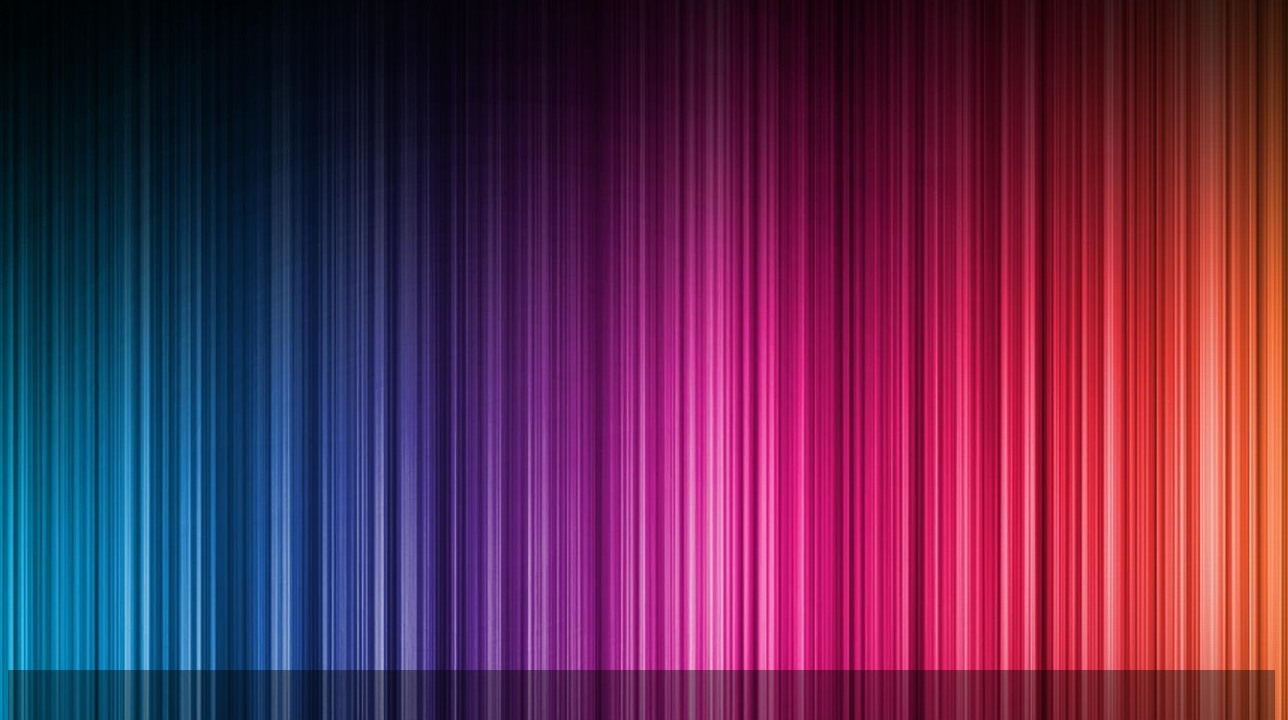
Repository: kn222gp/1dv403-laborationer
Page: 5-pwd/index.html
The author's editor kept a record of every edit. The page is drawn from the files as they stood at one moment, then again after the next edit.
The browser window is 1280 px wide. The page is 1288 px wide, so the pictures cover 1288 px, including what lies to the right of the window. The pictures show the whole page.

Above is the page before.
Console error: ReferenceError: startPosition is not defined

### 5-pwd/index.html
<html lang="sv">
<head>
	<meta charset="UTF-8" />
 	<title>JavaScript - 5-pwd - Virtual desktop</title>
 	<link rel="stylesheet" href="style.css" type="text/css" />

</head>

<body>
    <div class="desktop">

        <template class="template">

        <div class="window">

            <div class="windowTop">
                <div class="title">
                </div>
                    <img src="pics/cross.png" class="close">
                    </img>
            </div>

        <div class="content">
        </div>

            <div class="windowBot">
                <div class="status">
                </div>
            </div>

        </div>
        </template>
        <div class="appBar">

        </div>
    </div>


    <script type="text/javascript" src="script/desktop.js"></script>
    <script type="text/javascript" src="script/window.js"></script>
     <script type="text/javascript" src="script/script.js"></script>
     <script type="text/javascript" src="script/start.js"></script>
</body>

### 5-pwd/style.css
body{
    background-image:url("pics/background.jpg");
    background-repeat:no-repeat;
    width:100%;
    overflow:hidden;
}


/* Window div and all in it */
.window{
    border:1px solid black;
    width: 300px;
    height: 350px;
    color:white;
    background-color:black;
    background-color:rgba(0,0,0,0.5);
    border-radius:5px;

}
.windowTop{
    color:white;
    background-color:black;
    width:100%;
    height:25px;
    float:left;
    text-align:center;
    border-bottom:1px solid white;
    border-radius:5px;

}

.close{
    margin-top: -17px;
    width:20px;
    height:20px;
    float:right;
}
.close:hover{
    background-color:white;
    background-color:rgba(255,255,255,0.4);
}

.windowBot{
    color:white;
    background-color:black;
    width:100%;
    height:25px;
    margin-top:324px;
    text-align:center;
    border-top:1px solid white;
    border-radius:5px;

}
.windowBot p{
    margin:auto;
}


/* Appbar at the bottom */
.appbar{
    background-color:black;
    background-color:rgba(0, 0,0 ,0.4);
    height: 50px;
    width: 99%;
    margin-left:auto;
    margin-right:auto;
    position:absolute;
    bottom:0;
}
.appbar img{
    width:40px;
    height: 40px;
    margin-left:auto;
    margin-right:auto;
    margin-top:5px;
    display:block;
}

.appbar img:hover{
    transform:scale(1.2, 1.2);
}

### 5-pwd/script/desktop.js
"use strict";

function Desktop(){

        this.element = document.querySelector(".desktop");
}

### 5-pwd/script/window.js
"use strict";

function Window(name, desk, image){
    var template = document.querySelector(".template");
    var windowTemplate = template.content.querySelector(".window");
    var w = windowTemplate.cloneNode(true);


    this.desk = desk;
    this.w = w;
    var me = this;
    var windowTitle = w.querySelector(".title");
    var closeBtn = w.querySelector(".close");



    closeBtn.onclick = function(e){
        e.preventDefault();
        me.close();
    };
    windowTitle.innerHTML = name;
    desk.element.appendChild(w);

}

Window.prototype.close = function(){
    this.desk.element.removeChild(this.w);
};

Window.prototype.startPosition = function(x, y){
    this.w.style.left = x + "px";
    this.w.style.top = y + "px";
};

### 5-pwd/script/script.js
"use strict";

window.onload = function(){

    var desk = new Desktop();
    var startBar = new StartBar(desk);

    startBar.newApp("Gallery", "pics/galleri.png");
};

### 5-pwd/script/start.js
"use strict";

function StartBar(desk){
    this.element = document.querySelector(".appBar");
    this.desk = desk;
}

StartBar.prototype.newApp = function(name, url){
    var image = document.createElement("img");
    image.src = url;

    var startPosX = 0;
    var startPosY = 0;
    var startPos = new startPosition(startPosX, startPosY);



    var that = this;
    this.element.appendChild(image);

    image.onclick = function(e){
        e.preventDefault();
        startPosX += 10;
        startPosY += 10;
        var w = new Window(name, that.desk, image, startPosX, startPosY);

    };

};

After the next edit:
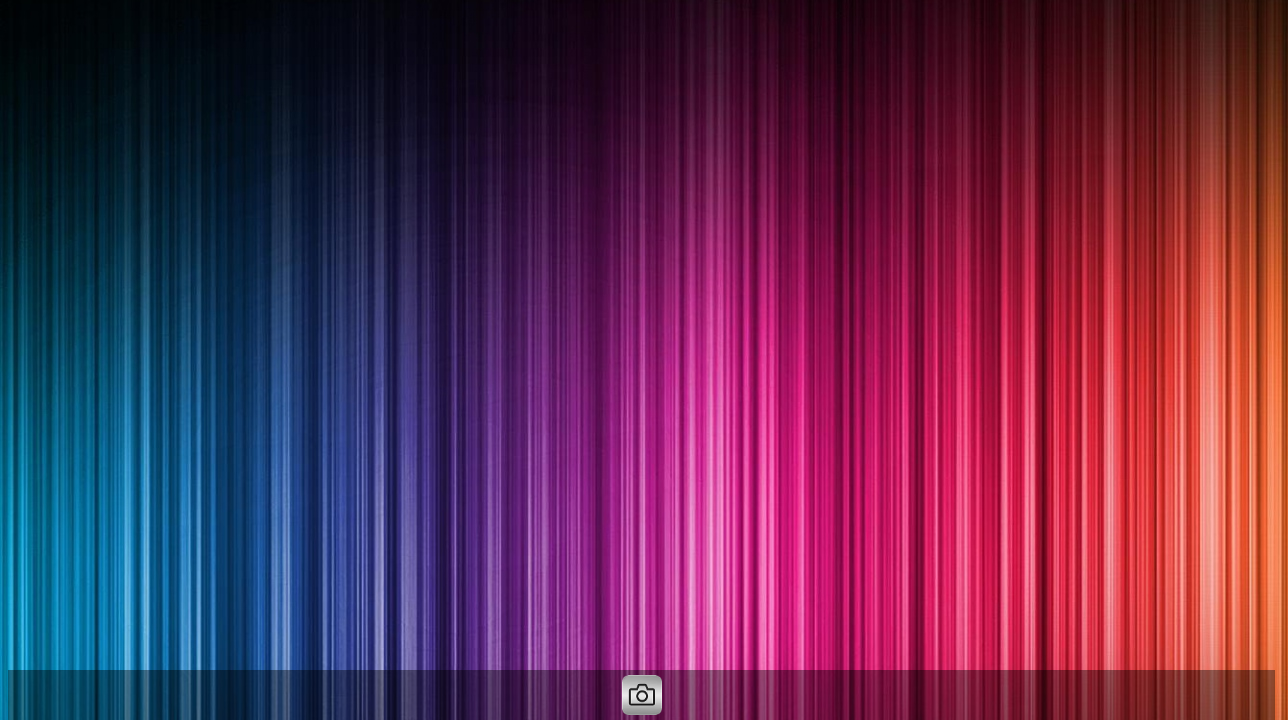
The error is gone.
The edit:
--- a/5-pwd/script/start.js
+++ b/5-pwd/script/start.js
@@ -11,7 +11,7 @@
 
     var startPosX = 0;
     var startPosY = 0;
-    var startPos = new startPosition(startPosX, startPosY);
+
 
 
 
